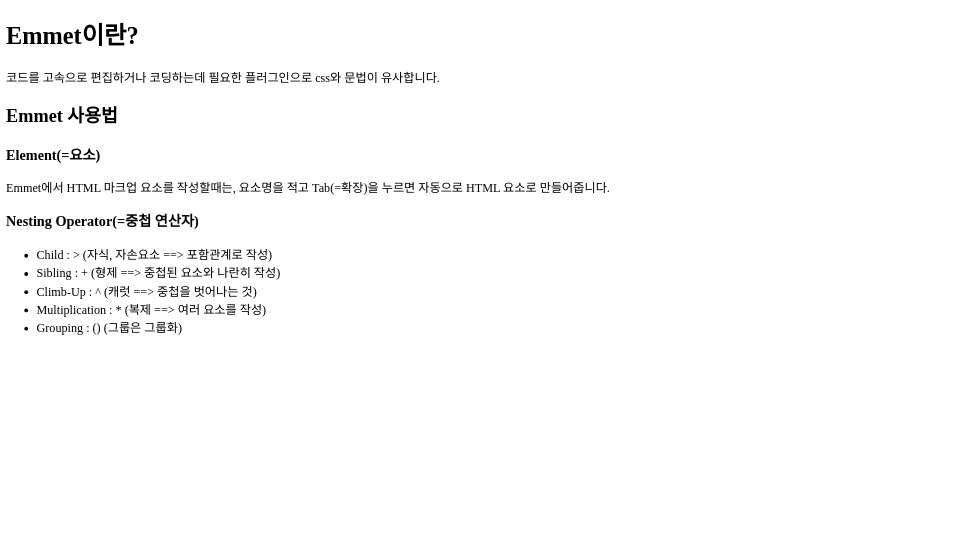
Repository: kvmhyvmvn/Study_WebUI
Page: WorkSpace/CloneCoding1/src/main/webapp/index.html
These files come from the project's save history. The page is drawn as it stood at one moment and after the next save; the edit follows.
The browser window is 1280 px wide. The pictures show the whole page, at 76% of full size.

Above is the page before, as saved 2023-05-30 07:07:29.

### WorkSpace/CloneCoding1/src/main/webapp/index.html
<!DOCTYPE html>
<html>
<head>
<meta charset="UTF-8">
<title>수코딩 클론</title>
<meta name="viewport" content="width=device-width, initial-scale=1.0">
</head>
<body>
	<!-- Emmet Syntax 실습 - https://docs.emmet.io/abbreviations/syntax/ -->
	<h1>Emmet이란?</h1>
	<p>코드를 고속으로 편집하거나 코딩하는데 필요한 플러그인으로 css와 문법이 유사합니다.</p>

	<h2>Emmet 사용법</h2>
	<h3>Element(=요소)</h3>
	<p>Emmet에서 HTML 마크업 요소를 작성할때는, 요소명을 적고 Tab(=확장)을 누르면 자동으로 HTML 요소로 만들어줍니다.</p>

	<h3>Nesting Operator(=중첩 연산자)</h3>
	<ul>
		<li>Child : > (자식, 자손요소 ==> 포함관계로 작성)</li>
		<li>Sibling : + (형제 ==> 중첩된 요소와 나란히 작성)</li>
		<li>Climb-Up : ^ (캐럿 ==> 중첩을 벗어나는 것)</li>
		<li>Multiplication : * (복제 ==> 여러 요소를 작성)</li>
		<li>Grouping : () (그룹은 그룹화)</li>
	</ul>


</body>
</html>

After the next save:
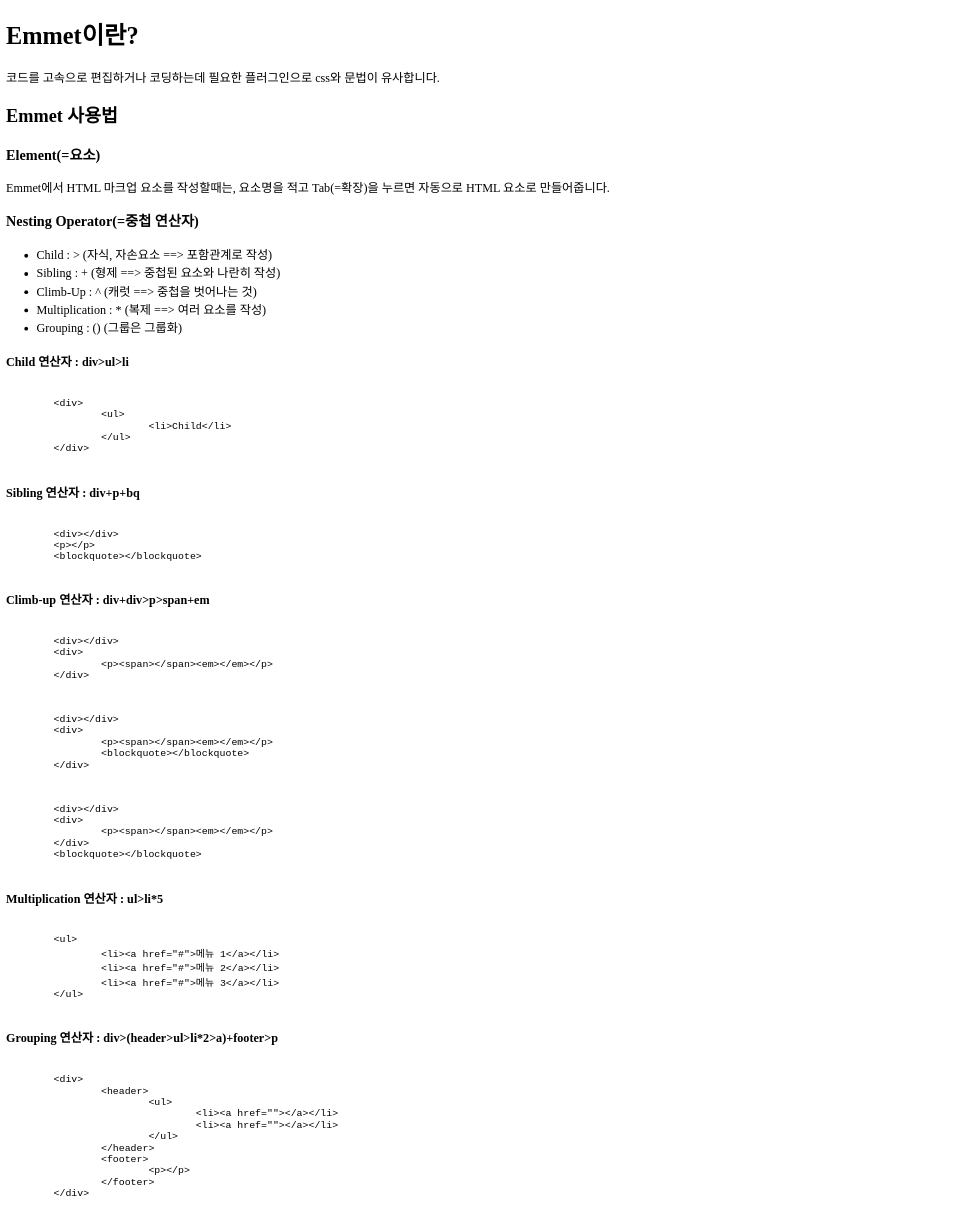
Saved 20 min 32 s later.
--- a/WorkSpace/CloneCoding1/src/main/webapp/index.html
+++ b/WorkSpace/CloneCoding1/src/main/webapp/index.html
@@ -23,6 +23,71 @@
 		<li>Grouping : () (그룹은 그룹화)</li>
 	</ul>
 
+	<h4>Child 연산자 : div>ul>li</h4>
+	<xmp>
+	<div>
+		<ul>
+			<li>Child</li>
+		</ul>
+	</div>
+	</xmp>
+
+	<h4>Sibling 연산자 : div+p+bq</h4>
+	<xmp>
+	<div></div>
+	<p></p>
+	<blockquote></blockquote>
+	</xmp>
+
+	<h4>Climb-up 연산자 : div+div>p>span+em</h4>
+	<xmp>
+	<div></div>
+	<div>
+		<p><span></span><em></em></p>
+	</div>
+	</xmp>
+
+	<!-- div+div>p>span+em^bq -->
+	<xmp>
+	<div></div>
+	<div>
+		<p><span></span><em></em></p>
+		<blockquote></blockquote>
+	</div>
+	</xmp>
+
+	<!-- div+div>p>span+em^^^bq -->
+	<xmp>
+	<div></div>
+	<div>
+		<p><span></span><em></em></p>
+	</div>
+	<blockquote></blockquote>
+	</xmp>
+
+	<h4>Multiplication 연산자 : ul>li*5</h4>
+	<xmp>
+	<ul>
+		<li><a href="#">메뉴 1</a></li>
+		<li><a href="#">메뉴 2</a></li>
+		<li><a href="#">메뉴 3</a></li>
+	</ul>
+	</xmp>
+
+	<h4>Grouping 연산자 : div>(header>ul>li*2>a)+footer>p</h4>
+	<xmp>
+	<div>
+		<header>
+			<ul>
+				<li><a href=""></a></li>
+				<li><a href=""></a></li>
+			</ul>
+		</header>
+		<footer>
+			<p></p>
+		</footer>
+	</div>
+	</xmp>
 
 </body>
 </html>
